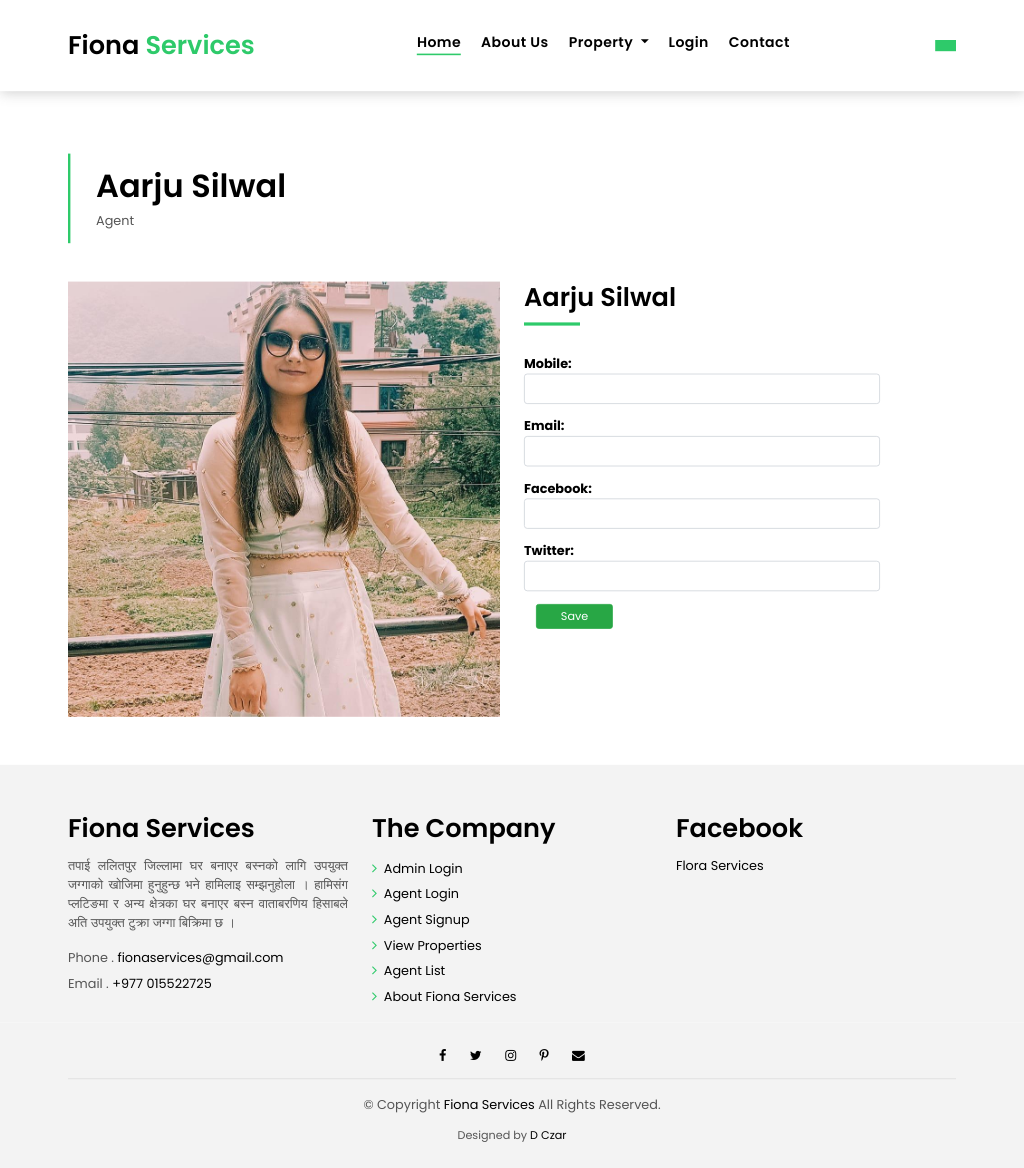
Repository: Sjuicyy/realstate
Page: profile.html
These files come from the project's save history. The page is drawn as it stood at one moment and after the next save; the edit follows.
The browser window is 1280 px wide. The pictures show the whole page, at 80% of full size.

Above is the page before, as saved 2022-10-16 15:03:16.

After the next save:
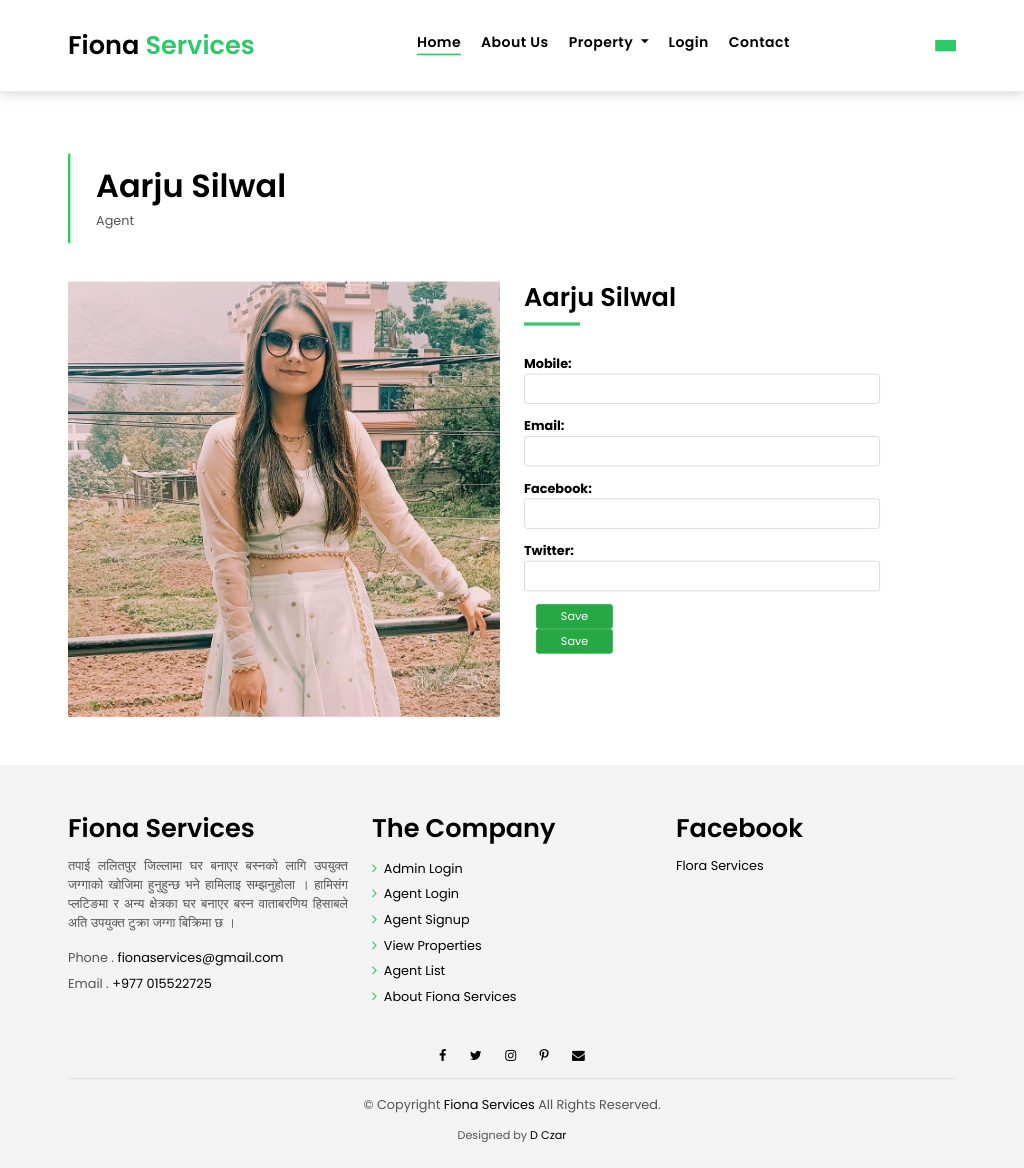
Saved 5 s later.
--- a/profile.html
+++ b/profile.html
@@ -239,6 +239,11 @@
                                         <div class="btn btn-sm btn-success w-50">Save</div>
                                     </a>
                                 </div>
+                                <div class="col-md-6">
+                                    <a href="./Add-Property.html">
+                                        <div class="btn btn-sm btn-success w-50">Save</div>
+                                    </a>
+                                </div>
                             </div>
                         </div>
                     </div>
